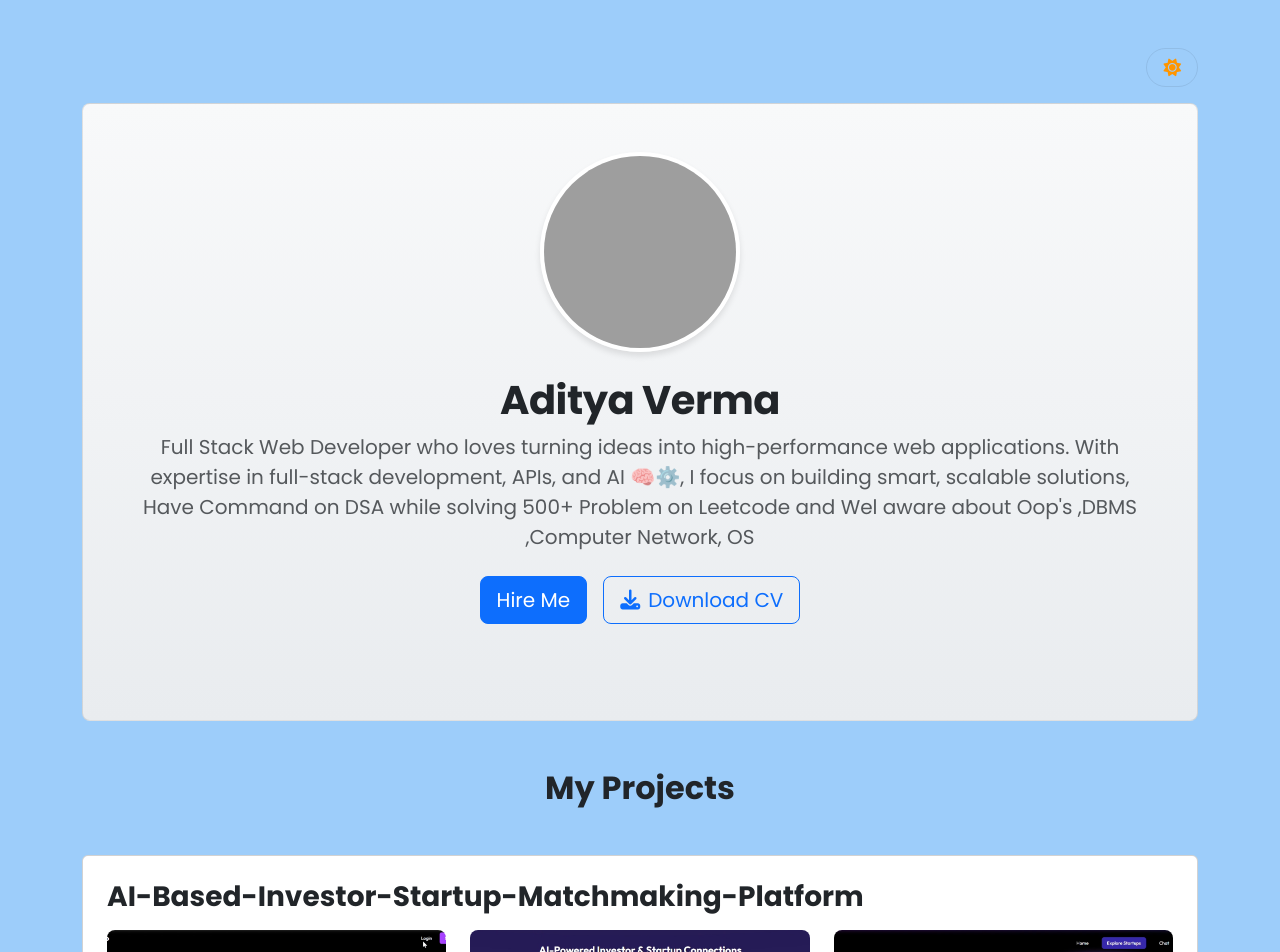
Repository: AdityaTech-Pro/Portfolio-Aditya-Verma
Page: Aditya Portfolio/index.html
These files come from the project's save history. The page is drawn as it stood at one moment and after the next save; the edit follows.
The browser window is 1280 px wide. The pictures show the part of the page from y = 0 to 952 px (the page is 4999 px tall).
Pictures or frames that could not be fetched are drawn as grey boxes.

Above is the page before, as saved 2026-01-07 23:15:30.

After the next save:
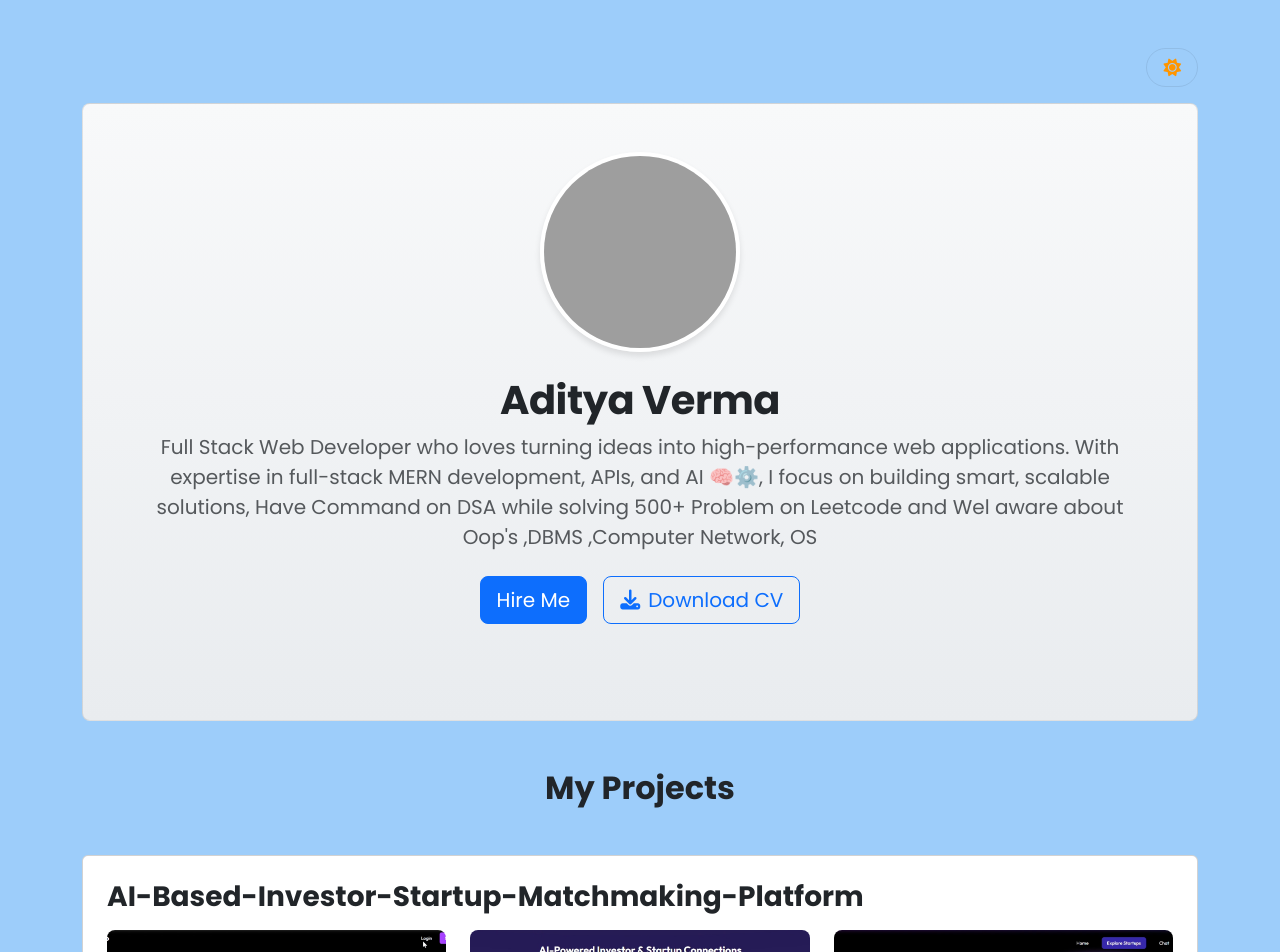
Saved 2 min 17 s later.
--- a/Aditya Portfolio/index.html
+++ b/Aditya Portfolio/index.html
@@ -221,8 +221,8 @@
             <img src="https://avatars.githubusercontent.com/u/219658559?s=400&u=7e5a78b2bf82817b3f897e4e53b1019b24af58ee&v=4" alt="Profile Picture" class="profile-img img-fluid rounded-circle mb-4">
 
             <h1 class="fw-bold mb-2">Aditya Verma</h1>
-            <p class="text-muted fs-5 mb-4">Full Stack Web Developer who loves turning ideas into high-performance web applications. With expertise in full-stack development, APIs, and AI 🧠⚙️, I focus on building smart, scalable solutions, Have Command on DSA while solving 500+ Problem
-                on Leetcode and Wel aware about Oop's ,DBMS ,Computer Network, OS</p>
+            <p class="text-muted fs-5 mb-4">Full Stack Web Developer who loves turning ideas into high-performance web applications. With expertise in full-stack MERN development, APIs, and AI 🧠⚙️, I focus on building smart, scalable solutions, Have Command on DSA while solving 500+
+                Problem on Leetcode and Wel aware about Oop's ,DBMS ,Computer Network, OS</p>
 
             <!-- Action Buttons -->
             <div class="d-flex justify-content-center gap-3 mb-5">
